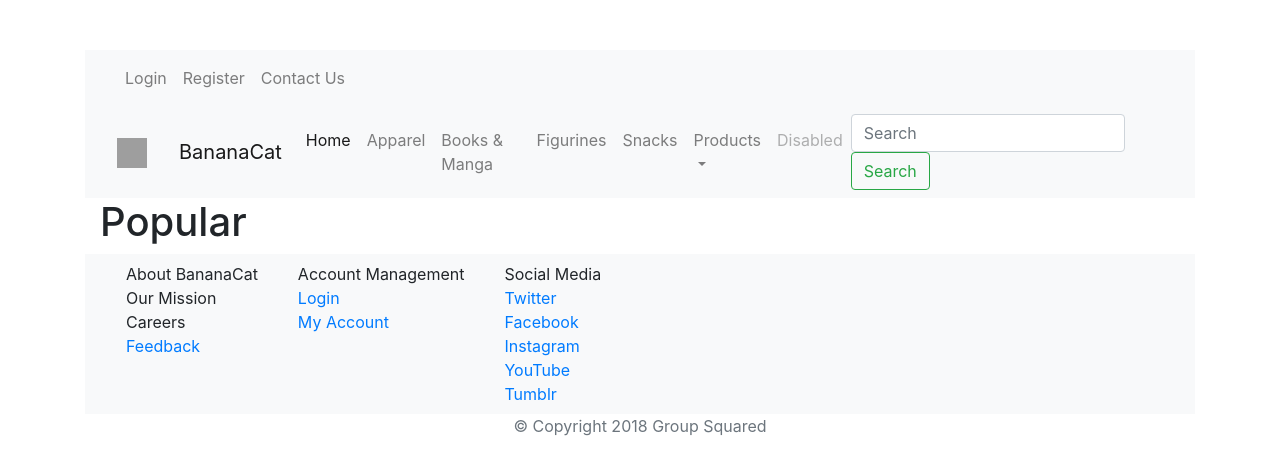
Repository: mzuniga94/BananaCat
Page: views/pages/apparel.ejs
The author's editor kept a record of every edit. The page is drawn from the files as they stood at one moment, then again after the next edit.
The browser window is 1280 px wide. The pictures show the whole page.
Pictures or frames that could not be fetched are drawn as grey boxes. The page is served by the project's Node server (app.js). The template is opened directly, without the code that normally fills it, so the values that code supplies are empty.

Above is the page before.

After the next edit:
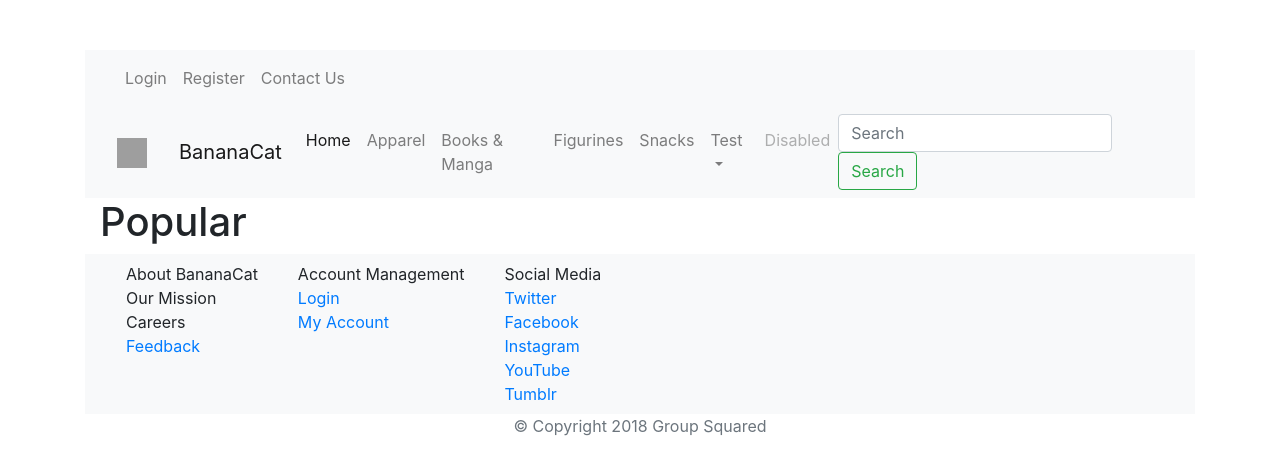
The edit:
--- a/environment/views/partials/header.ejs
+++ b/environment/views/partials/header.ejs
@@ -29,7 +29,7 @@
       </li>
       <li class="nav-item dropdown">
         <a class="nav-link dropdown-toggle" href="#" id="navbarDropdown" role="button" data-toggle="dropdown" aria-haspopup="true" aria-expanded="false">
-          Products
+          Test
         </a>
         <div class="dropdown-menu" aria-labelledby="navbarDropdown">
           <a class="dropdown-item" href="/">Item1</a>
